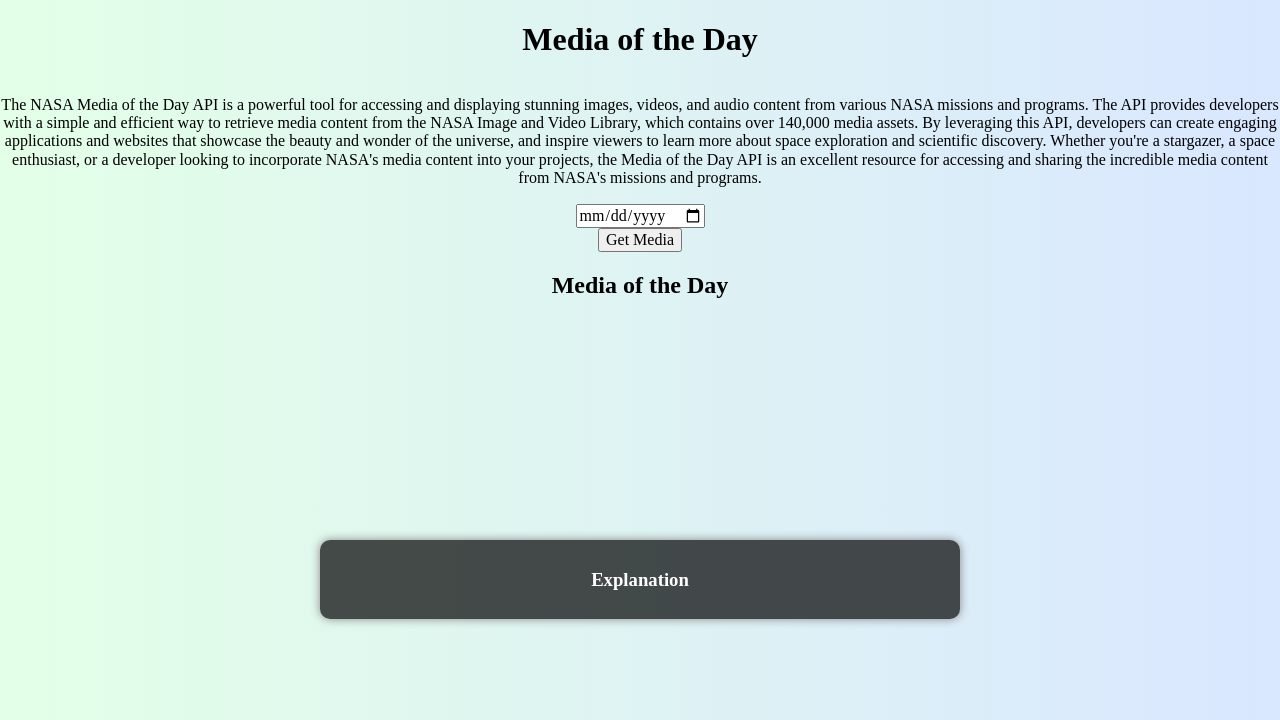
Repository: lvcg/nasa-api-template-
Page: index.html
These files come from the project's save history. The page is drawn as it stood at one moment and after a run of saves; the edit follows.
The browser window is 1280 px wide. The pictures show the whole page.

Above is the page before, as saved 2023-02-28 20:02:33.
Console error: TypeError: Cannot read properties of null (reading 'removeAttribute')

### index.html
<!DOCTYPE html>
<html lang="en">
  <head>
    <meta charset="utf-8">
    <meta name="description" content="A simple Picture of the Day app using NASA's API">
    <meta name="keywords" content="NASA, API, Picture of the Day, Astronomy, Space">

    <title>Nasa Media of the day</title>

    <!-- external CSS link -->
    <link rel="stylesheet" href="css/normalize.css">
    <link rel="stylesheet" href="css/style.css">
  </head>
  <body>
    <div class="container">
      <h1>Media of the Day</h1>
      <p>The NASA Media of the Day API is a powerful tool for accessing and displaying stunning images, videos, and audio content from various NASA missions and programs. The API provides developers with a simple and efficient way to retrieve media content from the NASA Image and Video Library, which contains over 140,000 media assets. By leveraging this API, developers can create engaging applications and websites that showcase the beauty and wonder of the universe, and inspire viewers to learn more about space exploration and scientific discovery. Whether you're a stargazer, a space enthusiast, or a developer looking to incorporate NASA's media content into your projects, the Media of the Day API is an excellent resource for accessing and sharing the incredible media content from NASA's missions and programs.</p>
      <input type="date" name="">
      <button type="button">Get Media</button>

      <h2>Media of the Day</h2>

      <img id="nasa-media" onclick="removeImage()" src="" alt="">

      <iframe src="" frameborder="0"></iframe>
      <div class="text-block">
        <h3>Explanation</h3>
      </div>
    </div>
    <script type="text/javascript" src="js/main.js"></script>
  </body>
</html>

### css/style.css
/* Box Model Hack */
* {
  box-sizing: border-box;
}

/* LAYOUT */
body {
  background-image: linear-gradient(90deg, #e3ffe7, #d9e7ff);
  background-repeat: no-repeat;
  background-size: cover;
  background-position: center center;
  background-attachment: fixed;
}

img {
  display: block;
  max-width: 100%;
  height: auto;
  margin: 30px auto;
  border-radius: 10px;
  box-shadow: 0px 0px 10px #888888;
}

/* ADDITIONAL STYLES */
/* Container holding the image and the text */
.container {
  display: flex;
  flex-direction: column;
  align-items: center;
  text-align: center;
}

/* Bottom right text */
.text-block {
  position: relative;
  bottom: 20px;
  background-color: rgba(0, 0, 0, 0.7);
  color: white;
  padding: 10px 20px;
  border-radius: 10px;
  box-shadow: 0px 0px 10px #888888;
  width: 50%;
  margin: 30px auto;
}

@media (max-width: 600px) {
  .text-block {
    width: 90%;
  }
}

### js/main.js
//Example fetch using pokemonapi.co
document.querySelector('button').addEventListener('click', getFetch)

document.getElementById('poke').removeAttribute('src');


function getFetch(){
  const choice = document.querySelector('input').value
  console.log(choice)
  const url = `https://api.nasa.gov/planetary/apod?api_key=bVXu64sjdTNsOpvxVmCosAQOme5m5yQIjCc7q4s6&date=${choice}`

  fetch(url)
      .then(res => res.json()) // parse response as JSON
      .then(data => {
        console.log(data)
        if(data.media_type === 'image'){
          document.querySelector('img').src = data.hdurl
        }else if(data.media_type === 'video'){
          document.querySelector('iframe').src = data.url
        }

        document.querySelector('h3').innerHTML = data.explanation
      })
      .catch(err => {
          console.log(`error ${err}`)
      });
}

Loaded but not shown: css/normalize.css (library)

After the next 2 saves:
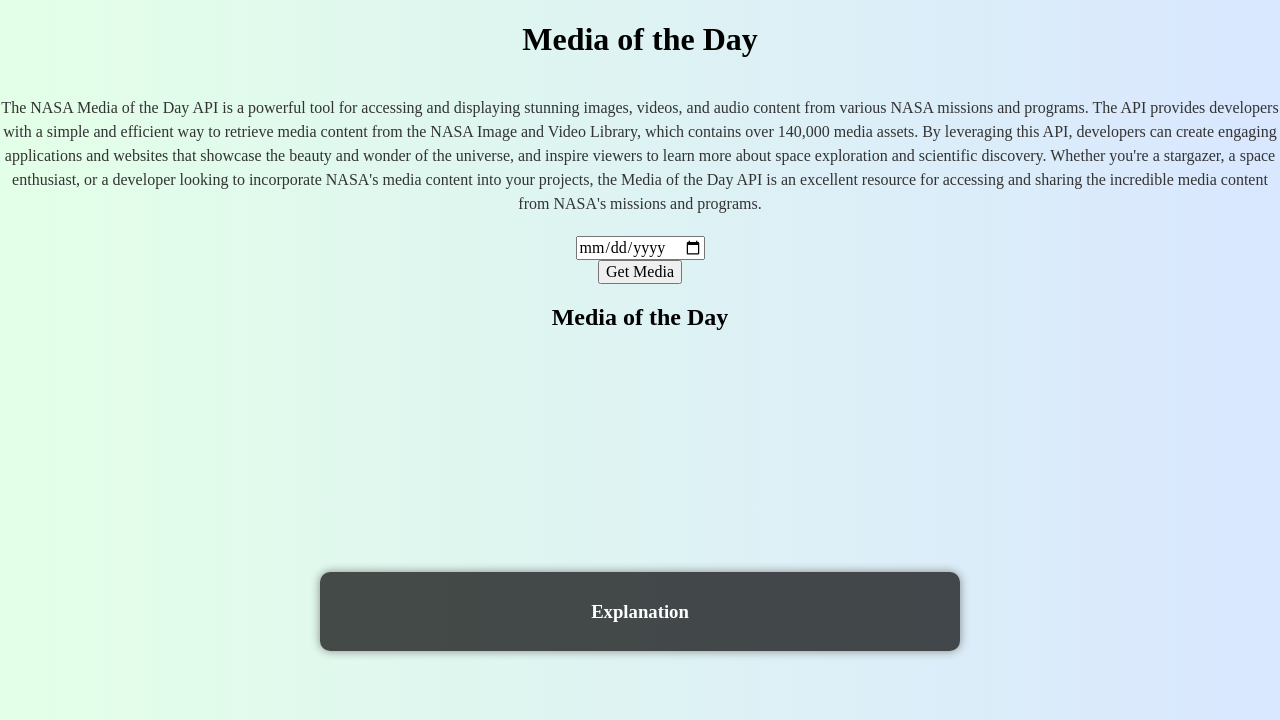
The 2 saves are shown as one change because they came seconds apart.
The last was saved 4 min 35 s later.
--- a/css/style.css
+++ b/css/style.css
@@ -11,6 +11,14 @@
   background-position: center center;
   background-attachment: fixed;
 }
+
+p {
+  font-size: 16px;
+  line-height: 1.5;
+  color: #333;
+  margin-bottom: 20px;
+}
+
 
 img {
   display: block;
